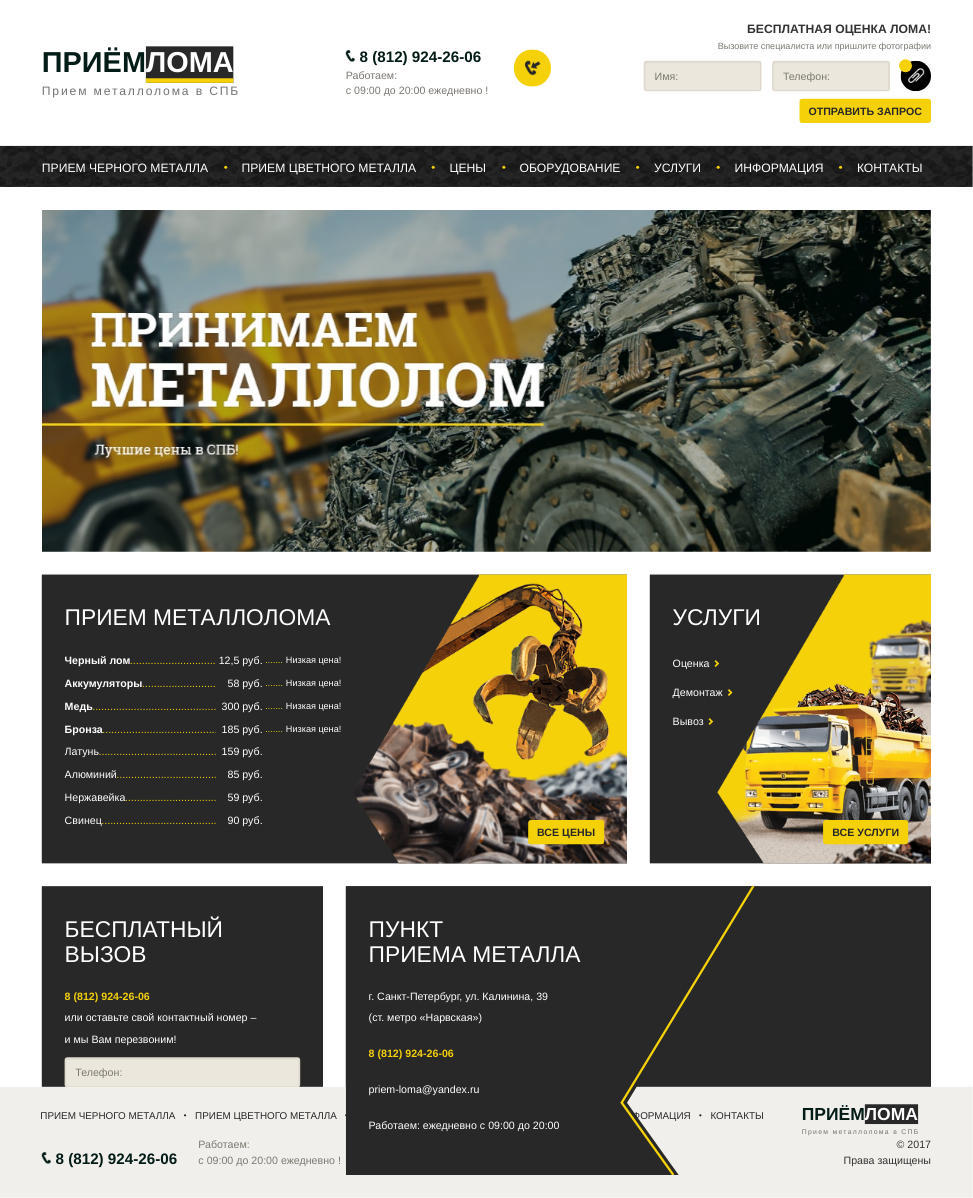
Repository: buralex/scrap_yard
Page: http://localhost/phpmail/
The author's editor kept a record of every edit. The page is drawn from the files as they stood at one moment, then again after the next edit.
The browser window is 1280 px wide. The pictures show the whole page, at 76% of full size.
The page is run by PHP 8.4 with error messages shown; the project is at /var/www/html/. Style sheets and scripts are compiled from the project's sources, by tool versions that may differ from the author's.

Above is the page before.
Console error: ReferenceError: ymaps is not defined

After the next edit:
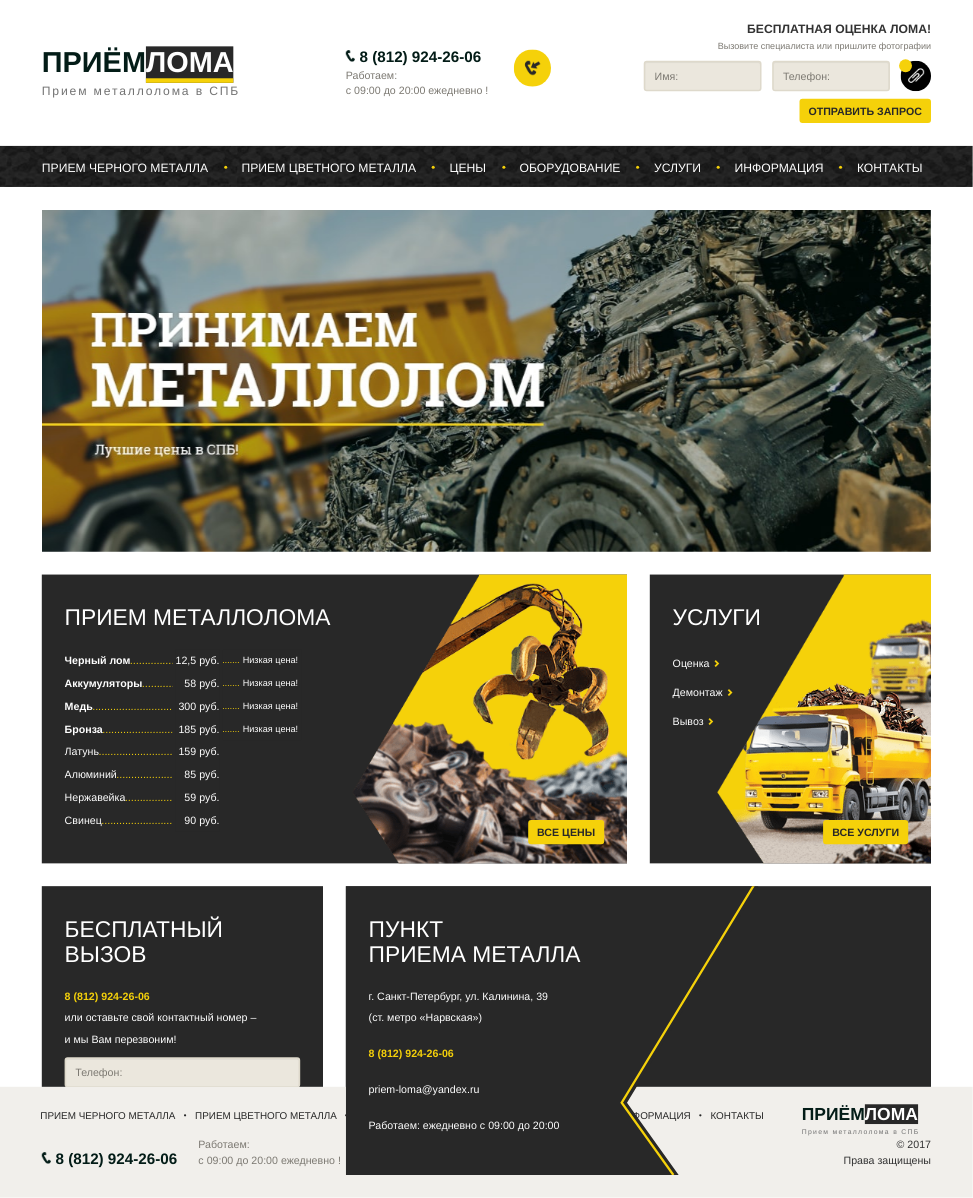
The edit:
--- a/css/main.scss
+++ b/css/main.scss
@@ -741,7 +741,9 @@
 //------------------------------------------------------------------------------
 @media (max-width: 1300px) {
 
-
+	.prices__left {
+    width: 20%;
+	}
 }
 //------------------------------------------------------------------------------
 
